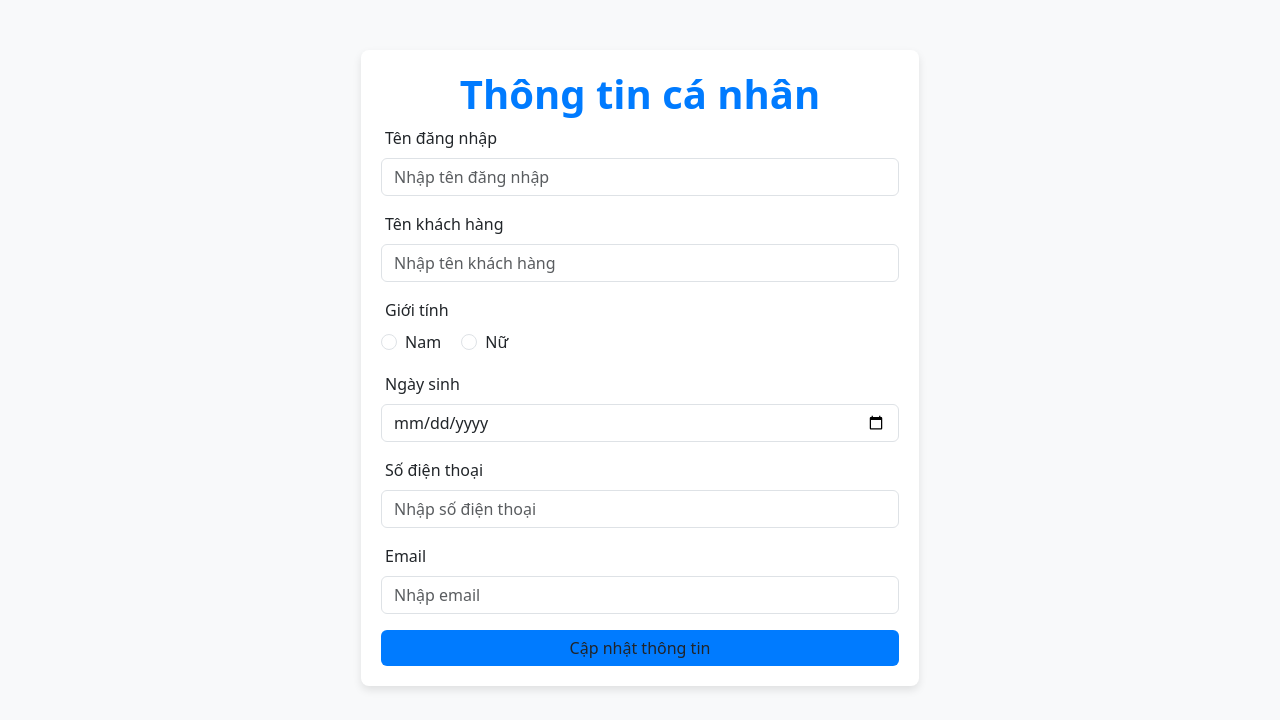
Repository: manhtdxxx/Tour-Booking-Webapp
Page: http://localhost/bookingTour/updateprofile.jsp
The author's editor kept a copy of each file at every save. The page is drawn from the files as they stood at one save, then again after the next save.
The browser window is 1280 px wide. The pictures show the whole page.
The page is served by Tomcat 9. Other server files are loaded and not shown.

Above is the page before, as saved 2024-11-11 16:30:35.

### bookingTour/src/main/webapp/updateprofile.jsp
<%@ page language="java" contentType="text/html; charset=UTF-8" pageEncoding="UTF-8"%>
<!DOCTYPE html>
<html>
<head>
<title>Thông tin cá nhân</title>
<meta charset="utf-8">
<meta name="viewport" content="width=device-width, initial-scale=1">

<link href="https://cdn.jsdelivr.net/npm/bootstrap@5.3.3/dist/css/bootstrap.min.css"
	rel="stylesheet">
<script src="https://cdn.jsdelivr.net/npm/bootstrap@5.3.3/dist/js/bootstrap.bundle.min.js"></script>
<style>
body {
	background-color: #f8f9fa;
}

.form-container {
	max-width: 600px;
	margin-top: 50px;
	padding: 20px;
	background-color: #ffffff;
	border-radius: 8px;
	box-shadow: 0px 4px 8px rgba(0, 0, 0, 0.1);
}

.form-title {
	font-weight: bold;
	color: #007bff;
}

.form-label {
	font-weight: 500;
}

.btn-submit {
	background-color: #007bff;
	border: none;
}

.btn-submit:hover {
	background-color: #0056b3;
}
</style>
</head>

<body>
	<div class="container d-flex justify-content-center align-items-center">
		<div class="col-lg-6 col-md-8 col-sm-10 form-container">
			<h1 class="text-center form-title">Thông tin cá nhân</h1>
			<form>
				<div class="mb-3">
					<label for="username" class="form-label"><i class="bi bi-person-circle me-1"></i>Tên
						đăng nhập</label> <input type="text" class="form-control" id="username" name="username"
						placeholder="Nhập tên đăng nhập" required>
				</div>
				<div class="mb-3">
					<label for="customerName" class="form-label"><i class="bi bi-person me-1"></i>Tên khách
						hàng</label> <input type="text" class="form-control" id="customerName" name="customerName"
						placeholder="Nhập tên khách hàng" required>
				</div>
				<div class="mb-3">
					<label class="form-label"><i class="bi bi-gender-ambiguous me-1"></i>Giới tính</label><br>
					<div class="form-check form-check-inline">
						<input class="form-check-input" type="radio" name="gender" id="male" value="male" required>
						<label class="form-check-label" for="male">Nam</label>
					</div>
					<div class="form-check form-check-inline">
						<input class="form-check-input" type="radio" name="gender" id="female" value="female" required>
						<label class="form-check-label" for="female">Nữ</label>
					</div>
				</div>
				<div class="mb-3">
					<label for="dob" class="form-label"><i class="bi bi-calendar-date me-1"></i>Ngày sinh</label> <input
						type="date" class="form-control" id="dob" name="dob" placeholder="Chọn ngày sinh" required>
				</div>
				<div class="mb-3">
					<label for="phone" class="form-label"><i class="bi bi-telephone me-1"></i>Số điện thoại</label>
					<input type="tel" class="form-control" id="phone" name="phone" placeholder="Nhập số điện thoại"
						required>
				</div>
				<div class="mb-3">
					<label for="email" class="form-label"><i class="bi bi-envelope me-1"></i>Email</label> <input
						type="email" class="form-control" id="email" name="email" placeholder="Nhập email" required>
				</div>
				<button type="submit" class="btn btn-submit w-100">Cập nhật thông tin</button>
			</form>
		</div>
	</div>
</body>
</html>

After the next save:
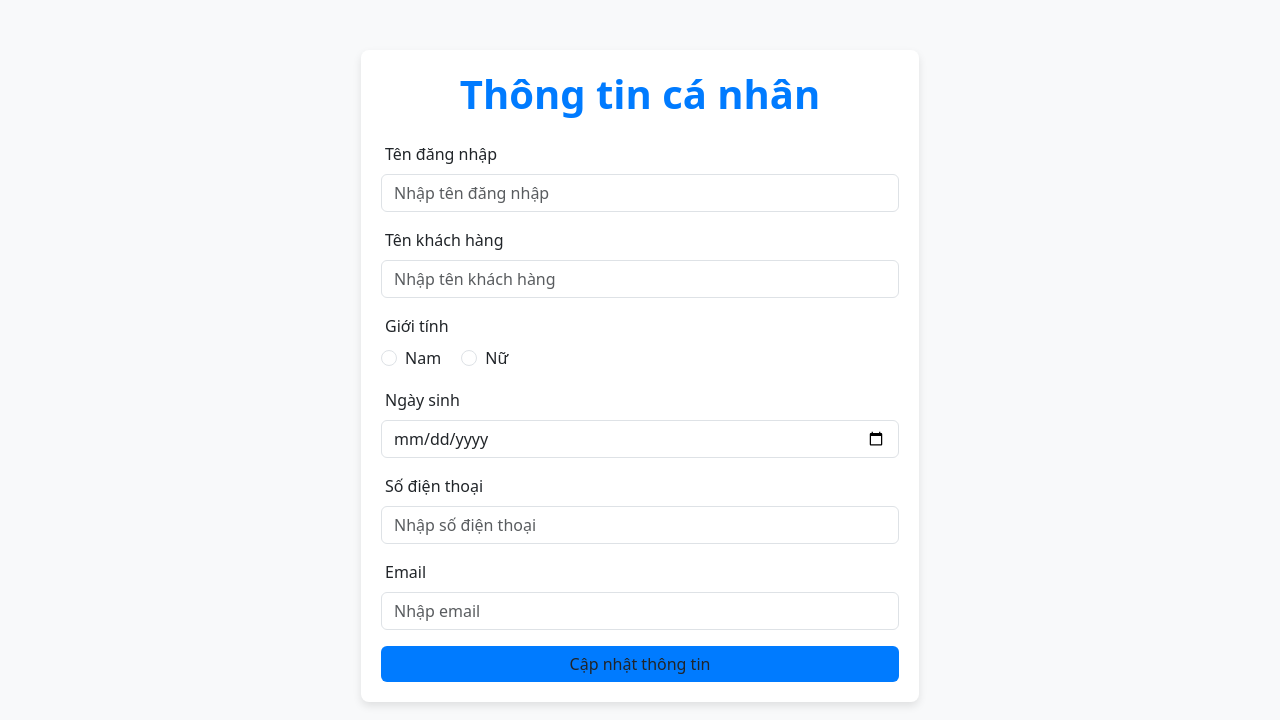
Saved 9 s later.
--- a/bookingTour/src/main/webapp/updateprofile.jsp
+++ b/bookingTour/src/main/webapp/updateprofile.jsp
@@ -46,7 +46,7 @@ body {
 <body>
 	<div class="container d-flex justify-content-center align-items-center">
 		<div class="col-lg-6 col-md-8 col-sm-10 form-container">
-			<h1 class="text-center form-title">Thông tin cá nhân</h1>
+			<h1 class="text-center form-title mb-4">Thông tin cá nhân</h1>
 			<form>
 				<div class="mb-3">
 					<label for="username" class="form-label"><i class="bi bi-person-circle me-1"></i>Tên
